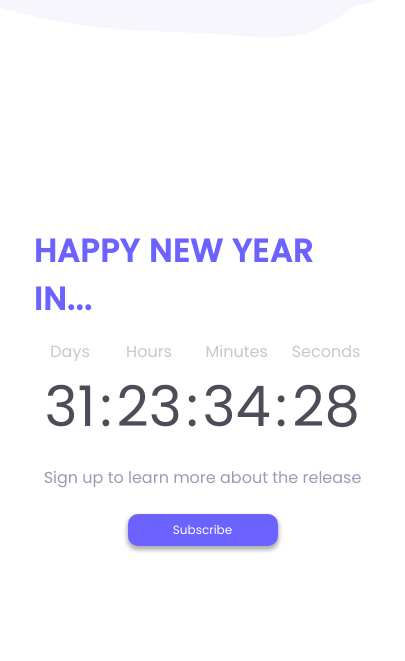
Repository: BrunoBross/countdown
Page: index.html
These files come from the project's save history. The page is drawn as it stood at one moment and after the next save; the edit follows.
The browser window is 375 px wide. The page is 405 px wide, so the pictures cover 405 px, including what lies to the right of the window. The pictures show the whole page.

Above is the page before, as saved 2021-11-30 01:31:05.

### index.html
<!DOCTYPE html>
<html lang="en">
<head>
  <meta charset="UTF-8">
  <meta http-equiv="X-UA-Compatible" content="IE=edge">
  <meta name="viewport" content="width=device-width, initial-scale=1.0">
  <link rel="shortcut icon" href="assets/rocket.svg" type="image/x-icon" />
  <title>Countdown</title>
  <link rel="stylesheet" href="./style.css">
  <link rel="preconnect" href="https://fonts.googleapis.com">
  <link rel="preconnect" href="https://fonts.gstatic.com" crossorigin>
  <link href="https://fonts.googleapis.com/css2?family=Poppins:wght@300;400;500&display=swap" rel="stylesheet">
</head>
<body>
  <div class="background">
    <img class="image" id="top" src="./assets/top-image.svg" alt="">
    <div class="center">
      <div class="content">
        <h1>HAPPY NEW YEAR IN...</h1>
        <div class="clock">
          <div class="time" id="days">
            <p>Days</p>
            <h1>00</h1>
          </div>
          <div class="time"><h1>:</h1></div>
          <div class="time" id="hours">
            <p>Hours</p>
            <h1>00</h1>
          </div>
          <div class="time"><h1>:</h1></div>
          <div class="time" id="minutes">
            <p>Minutes</p>
            <h1>00</h1>
          </div>
          <div class="time"><h1>:</h1></div>
          <div class="time" id="seconds">
            <p>Seconds</p>
            <h1>00</h1>
          </div>
        </div>
        <p>Sign up to learn more about the release</p>
        <button class="subscribe">Subscribe</button>
      </div>
      <img id="rocket" src="./assets/rocket.svg" alt="">
    </div>
    <img class="image" id="bottom" src="./assets/bottom-image.svg" alt="">
  </div>
</body>

<script src="./script.js"></script>
</html>

### style.css
*{
  padding: 0;
  margin: 0;
}

body{
  background-color: #FFF;
}

.background{
  height: 100vh;
  display: flex;
  flex-direction: column;
  justify-content: space-between;
}

.center{
  padding: 0 4vw;
  display: flex;
  justify-content: space-between;
  flex-wrap: wrap;
  width: 100vw;
}

.image{
  width: 100vw;
}

.clock{
  margin: 2vh 0;
  display: flex;
  gap: 1.2vw;
  align-items: flex-end;
  flex-wrap: wrap;
}

.time{
  display: flex;
  flex-direction: column;
  justify-content: center;
  align-items: center;
}

.time > p{
  font-family: 'Poppins', 'sans-serif';
  color: #C8C8C8;
}

.time > h1{
  font-family: 'Poppins', 'sans-serif';
  color: #4D4C59;
  font-size: 7vh;
  font-weight: 400;
}

.content{
  width: 50vw;
  display: flex;
  flex-direction: column;
  justify-content: center;
  align-items: center;
}

.content > h1{
  color: #6C63FF;
  font-family: 'Poppins', 'sans-serif';
  font-weight: 700;
  font-size: 4vh;
  letter-spacing: 0.2vw;
}

.content > p{
  font-family: 'Poppins', 'sans-serif';
  font-weight: 400;
  color: #9C9AB6;
}

.subscribe{
  margin-top: 3vh;
  width: 150px;
  height: 4vh;
  border: none;
  background-color: #6C63FF;
  border-radius: 10px;
  font-family: 'Poppins', 'sans-serif';
  font-weight: 400;
  font-size: 1.5vh;
  color: #FFF;
  box-shadow: 0 3px 4px 1px #00000050;
  cursor: pointer;
  transition: 0.2s;
}

.subscribe:hover{
  filter: brightness(0.9);
}

@media only screen and (max-width: 375px) {
  #rocket{
    display: none;
  }

  .center{
    justify-content: center;
  }

  .content{
    width: 90vw;
  }
}

### script.js
// Set the date we're counting down to
var countDownDate = new Date("Jan 1, 2022 00:00:00").getTime();

// Update the count down every 1 second
var x = setInterval(function() {

  // Get today's date and time
  var now = new Date().getTime();

  // Find the distance between now and the count down date
  var distance = countDownDate - now;

  // Time calculations for days, hours, minutes and seconds
  var days = Math.floor(distance / (1000 * 60 * 60 * 24));
  var hours = Math.floor((distance % (1000 * 60 * 60 * 24)) / (1000 * 60 * 60));
  var minutes = Math.floor((distance % (1000 * 60 * 60)) / (1000 * 60));
  var seconds = Math.floor((distance % (1000 * 60)) / 1000);
  if(String(days).length == 1){
    days = '0'+days
  }
  if(String(hours).length == 1){
    hours = '0'+hours
  }
  if(String(minutes).length == 1){
    minutes = '0'+minutes
  }
  if(String(seconds).length == 1){
    seconds = '0'+seconds
  }

  // Display the result in the element with id="demo"
  document.querySelector("#days > h1").innerHTML = days
  document.querySelector("#hours > h1").innerHTML = hours
  document.querySelector("#minutes > h1").innerHTML = minutes
  document.querySelector("#seconds > h1").innerHTML = seconds

  // If the count down is finished, write some text
  if (distance < 0) {
    clearInterval(x);
    document.querySelector(".content > h1").innerHTML = "NEW YEAR!!";
  }
}, 1000);

After the next save:
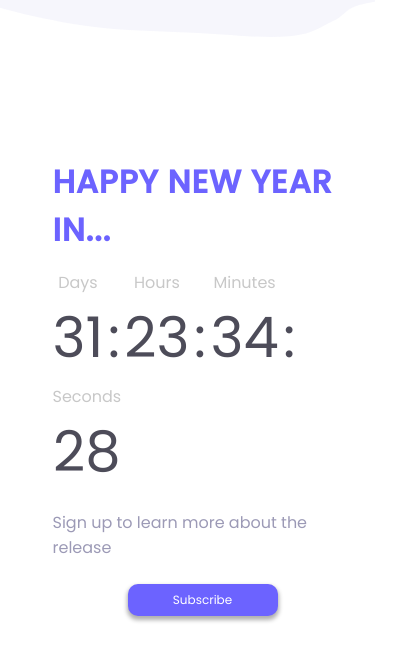
Saved 5 s later.
--- a/style.css
+++ b/style.css
@@ -105,6 +105,6 @@ body{
   }
 
   .content{
-    width: 90vw;
+    width: 80vw;
   }
 }
